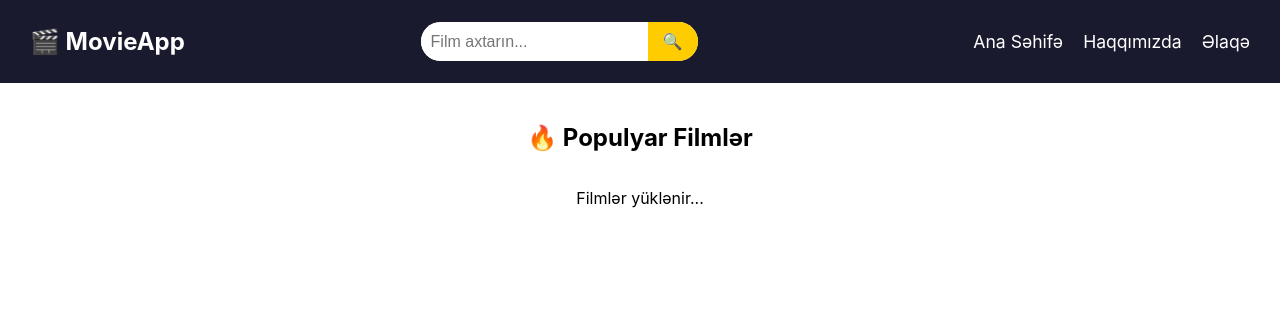
Repository: Zulfiyya077/InternIntelligence_MovieWebsite
Page: /
These files come from the project's save history. The page is drawn as it stood at one moment and after the next save; the edit follows.
The browser window is 1280 px wide. The pictures show the whole page.
The page's requests for data from a server got no answer. The project was rebuilt for these pictures with package versions that can differ from the ones it lists, and the page was loaded fresh each time. No one was signed in, and anything a server would have sent is missing. Also part of the build but not shown: vite.config.js, src/components/MovieCard.module.css, src/components/MovieCard.jsx, src/pages/MovieDetailsPage.module.css, src/pages/MovieDetailsPage.jsx, src/pages/SearchResultsPage.module.css, src/pages/SearchResultsPage.jsx, src/pages/About.module.css and 4 more.

Above is the page before, as saved 2025-02-24 00:43:56.

After the next save:
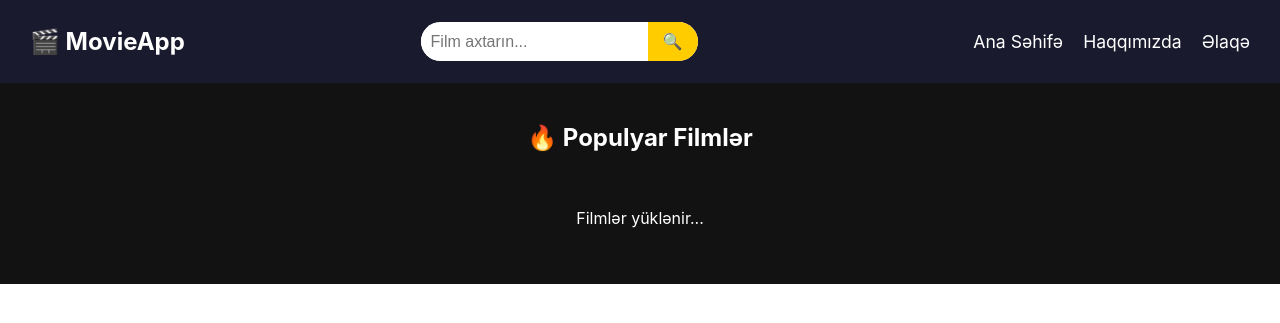
Saved 29 s later.
--- a/src/pages/Home.module.css
+++ b/src/pages/Home.module.css
@@ -1,15 +1,14 @@
-/* src/pages/Home.module.css */
 .home {
     padding: 20px;
     text-align: center;
+    background-color: #121212;
+    color: white;
 }
 
 .movieList {
-    display: flex;
-    flex-wrap: wrap;
-    justify-content: center;
+    display: grid;
+    grid-template-columns: repeat(auto-fit, minmax(200px, 1fr));
+    gap: 20px;
+    padding: 20px;
+    justify-items: center;
 }
-
-.movieList .card {
-    margin: 10px;
-}
